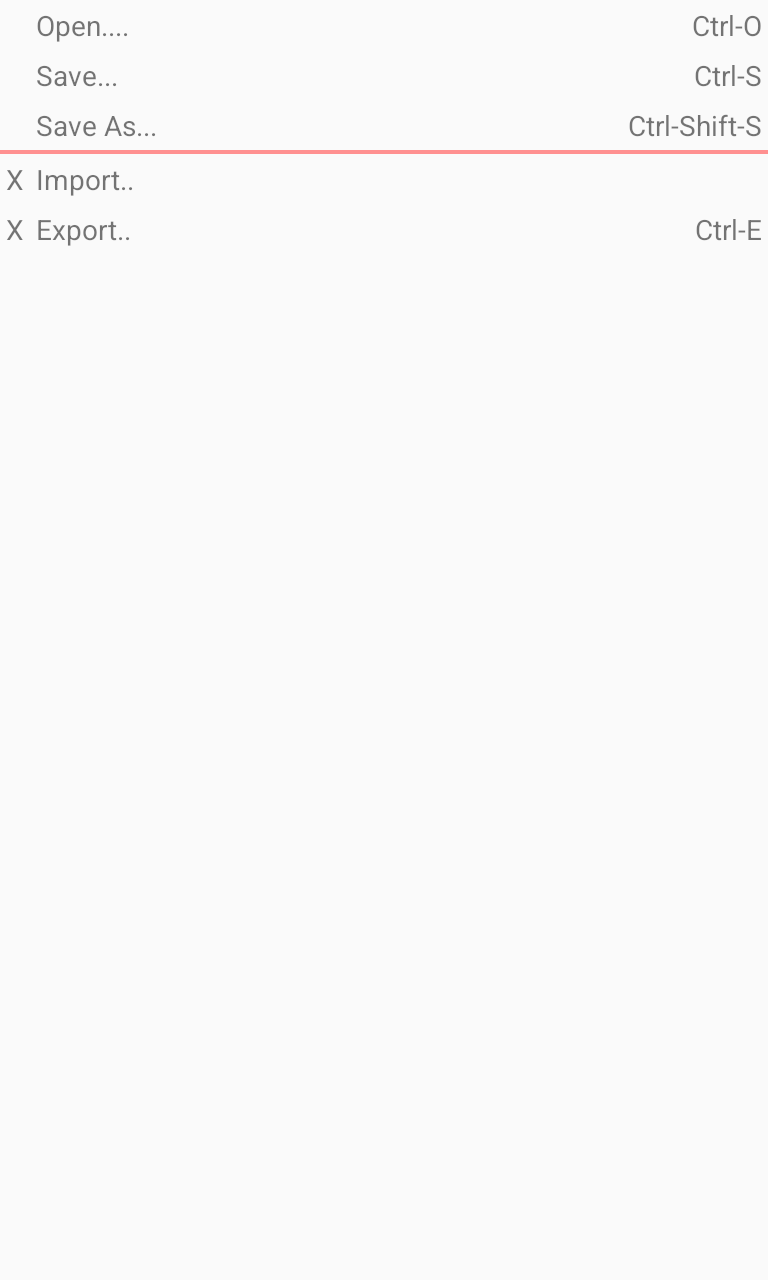
Repository: fitrahyusuf/FITRAH
Layout: TableLayout/res/layout/main.xml
The author's editor kept a copy of each file at every save. The layout is drawn from the files as they stood at one save, then again after the next save.
It is drawn on a 768 x 1280 px phone screen (xhdpi) without system bars, with theme AppTheme; the app's code is not run.

Above is the layout before, as saved 2015-05-04 06:03:11.

### TableLayout/res/layout/main.xml
<?xml version="1.0" encoding="utf-8" ?>
<TableLayout
   xmlns:android="http://schemas.android.com/apk/res/android"
  		android:layout_width="fill_parent"
  		android:layout_height="fill_parent"
  		android:stretchColumns="1">

    	<TableRow>
    	    <TextView
    	        android:layout_column="1"
    	        android:text="Open...."
    	        android:padding="3dip"/>
    	    <TextView
    	        android:text="Ctrl-O"
    	        android:gravity="right"
    	        android:padding="3dip"/>
    	</TableRow>
    	<TableRow >
    	    <TextView
    	        android:layout_column="1"
    	        android:text="Save..."
    	        android:padding="3dip"/>
    	    <TextView
    	        android:text="Ctrl-S"
    	        android:gravity="right"
    	        android:padding="3dip"/>
    	</TableRow>
    	<TableRow >
    	    <TextView
    	        android:layout_column="1"
    	        android:text="Save As..."
    	        android:padding="3dip"/>
    	    <TextView
    	        android:text="Ctrl-Shift-S"
    	        android:gravity="right"
    	        android:padding="3dip"
    	        />
    	</TableRow>
    	<View
    	   		android:layout_height="2dip"
    	   		android:background="#FF9090" />
    	<TableRow>
    	    <TextView
    	        android:text="X"
    	        android:padding="3dip"/>
    	    <TextView
    	        android:text="Import.."
    	        android:padding="3dip"/>
    	</TableRow>

    	<TableRow>
    	    <TextView
    	        android:text="X"
    	        android:padding="3dip"/>
    	    <TextView
    	        android:text="Export.."
    	        android:padding="3dip" />
    	    <TextView
    	        android:text="Ctrl-E"
    	        android:gravity="right"
    	        android:padding="3dip"/>

    	</TableRow>

 </TableLayout>

Loaded but not shown: TableLayout/res/values/styles.xml (common file); TableLayout/res/values-v11/styles.xml (common file); TableLayout/res/values-v14/styles.xml (common file)

After the next save:
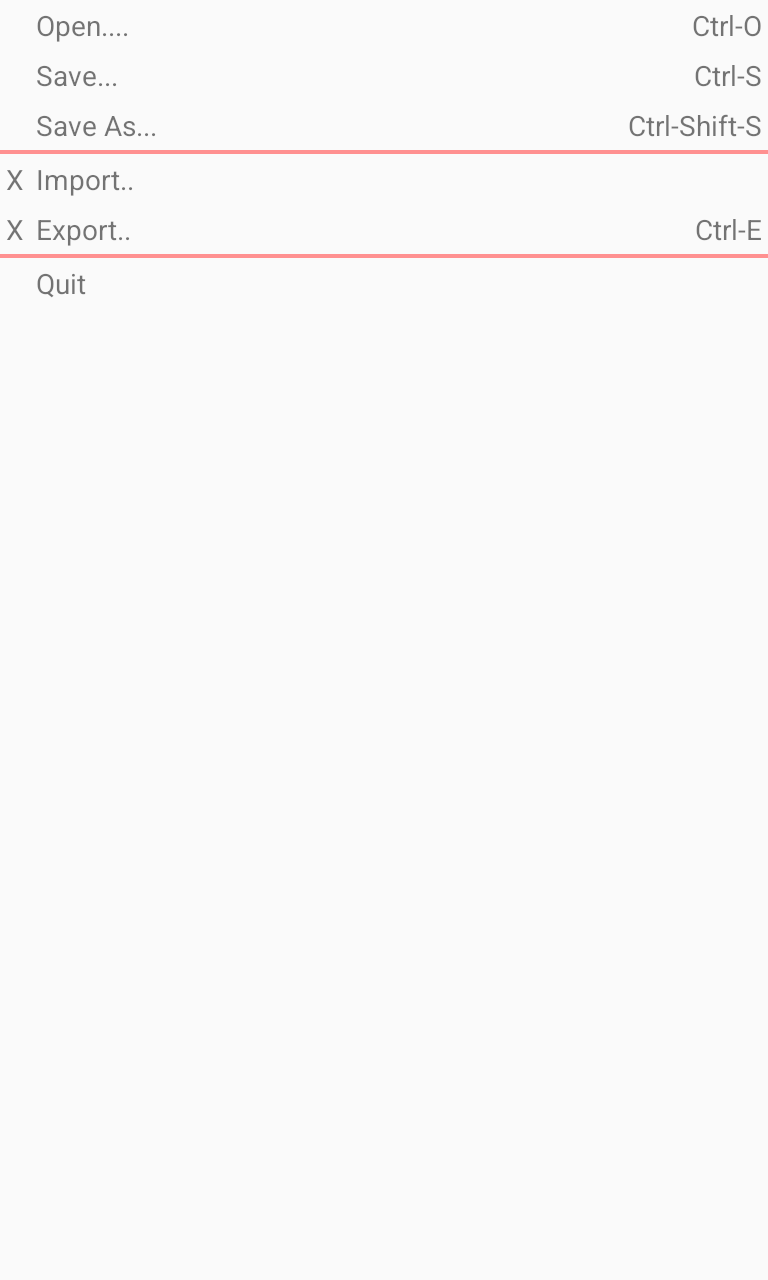
Saved 7 min 52 s later.
--- a/TableLayout/res/layout/main.xml
+++ b/TableLayout/res/layout/main.xml
@@ -59,6 +59,19 @@
     	        android:text="Ctrl-E"
     	        android:gravity="right"
     	        android:padding="3dip"/>
+    	</TableRow>
+
+    	<View
+    	    	android:layout_height="2dip"
+    	    	android:background="#FF9090"/>
+
+    	<TableRow >
+
+    	    <TextView
+    	    	android:layout_column="1"
+    	    	android:text="Quit"
+    	    	android:padding="3dip"
+    		    	    />
 
     	</TableRow>
 
